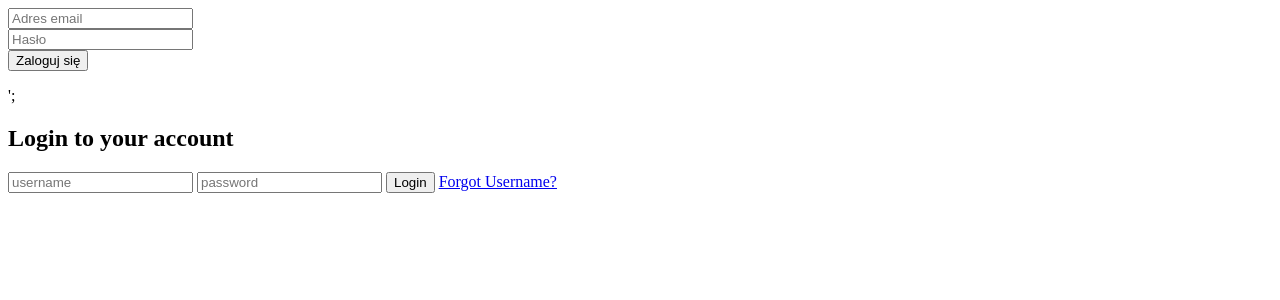
Repository: DaveDavMat/website
Page: http://localhost/logform.php
These files come from the project's save history. The page is drawn as it stood at one moment and after the next save; the edit follows.
The browser window is 1280 px wide. The pictures show the whole page.
The page is run by PHP 8.4 with error messages shown; the project is at /var/www/html/.

Above is the page before, as saved 2018-11-27 18:26:46.

### logform.php
<form method="POST" action="zaloguj.php" class="navbar-form navbar-right" role="form">
                             <div class="log-form">
                                  <input type="text" placeholder="Adres email" class="form-control" name="email">
                              </div>
                             <div class="form-group">
                                 <input type="password" placeholder="Hasło" class="form-control" name="password">
                             </div>
                             <button type="submit" class="btn">Zaloguj się</button>

                        </form>';



<div class="log-form">
  <h2>Login to your account</h2>
  <form>
    <input type="text" title="username" placeholder="username" />
    <input type="password" title="username" placeholder="password" />
    <button type="submit" class="btn">Login</button>
    <a class="forgot" href="#">Forgot Username?</a>
  </form>
</div><!--end log form -->

After the next save:
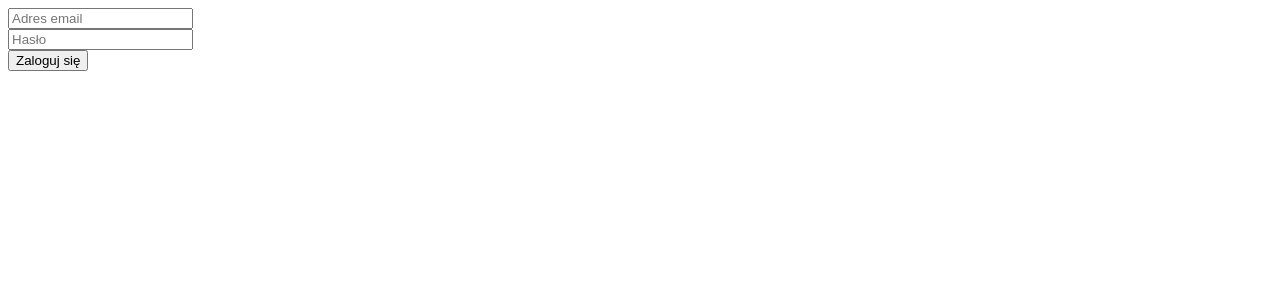
Saved 21 s later.
--- a/logform.php
+++ b/logform.php
@@ -7,16 +7,4 @@
                              </div>
                              <button type="submit" class="btn">Zaloguj się</button>
 
-                        </form>';
-
-
-
-<div class="log-form">
-  <h2>Login to your account</h2>
-  <form>
-    <input type="text" title="username" placeholder="username" />
-    <input type="password" title="username" placeholder="password" />
-    <button type="submit" class="btn">Login</button>
-    <a class="forgot" href="#">Forgot Username?</a>
-  </form>
-</div><!--end log form -->
+                        </form>
